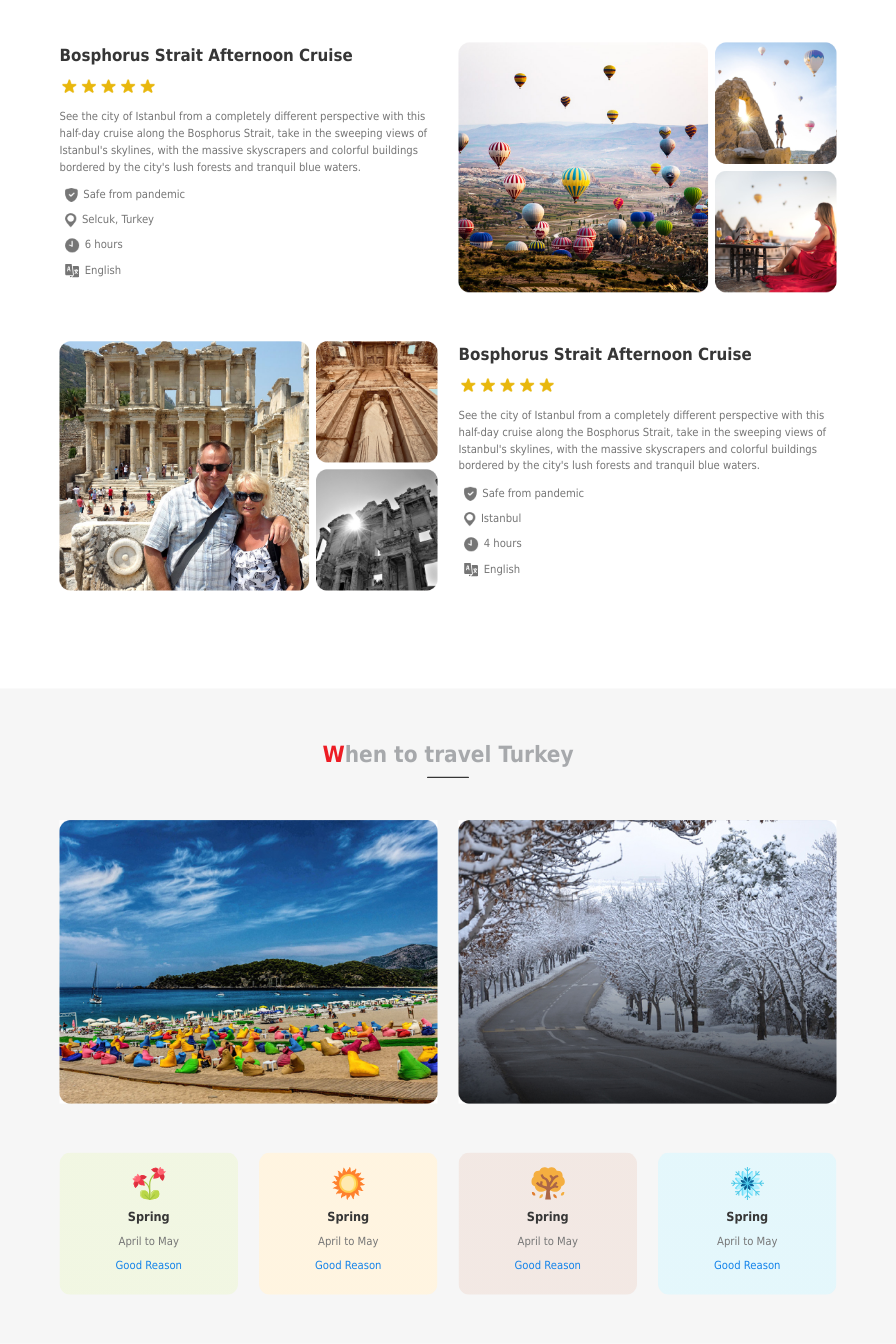
Repository: cvminhquan/turkey
Page: index.html
The author's editor kept a copy of each file at every save. The page is drawn from the files as they stood at one save, then again after the next save.
The browser window is 1280 px wide. The pictures show the part of the page from y = 1881 to 3801 px (the page is 3801 px tall), at 70% of full size.
The style sheet was rebuilt from its Sass, Less or Tailwind sources for each picture, by a compiler version that may differ from the author's.

Above is the page before, as saved 2022-09-15 20:06:10.

After the next save:
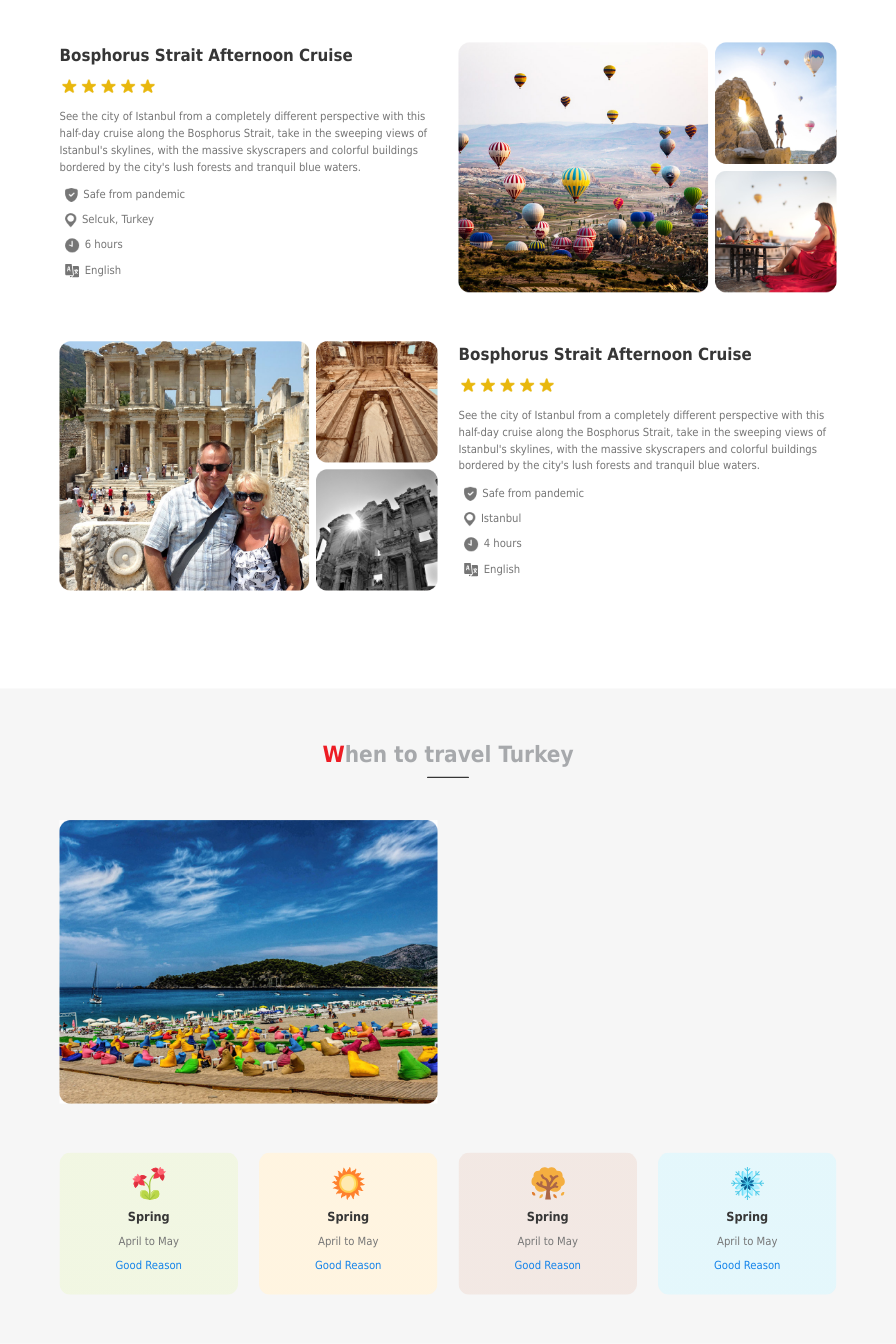
Saved 6 min 1 s later.
--- a/index.html
+++ b/index.html
@@ -154,7 +154,20 @@
                         <p class="bdr"><img src="./images/sea.jpg" alt=""></p>
                     </div>
                     <div class="col-lg-6">
-                        <p class="bdr"><img src="./images/road.jpg" alt=""></p>
+                        <!-- <p class="bdr"><img src="./images/road.jpg" alt=""></p> -->
+                        <div class="row">
+                            <div class="col-4"></div>
+                            <div class="col-2">
+                                <div class="row bg-summer">
+                                    <div class="col-12">
+
+                                    </div>
+                                </div>
+                                <div class="row bg-fall">
+                                    <div class="col-12"></div>
+                                </div>
+                            </div>
+                        </div>
                     </div>
                 </div>
                 <!-- <div class="d-flex justify-content-between">
@@ -193,7 +206,7 @@
                 </div> -->
                 <div class="row">
                     <div class="col-3 text-center">
-                        <div class="bg-spring p-20">
+                        <div class="bg-spring p-20 ">
                             <p class=" bdr text-center "><img src="./images/icon-flower.svg " alt=" "></p>
                             <h2>Spring</h2>
                             <p>
